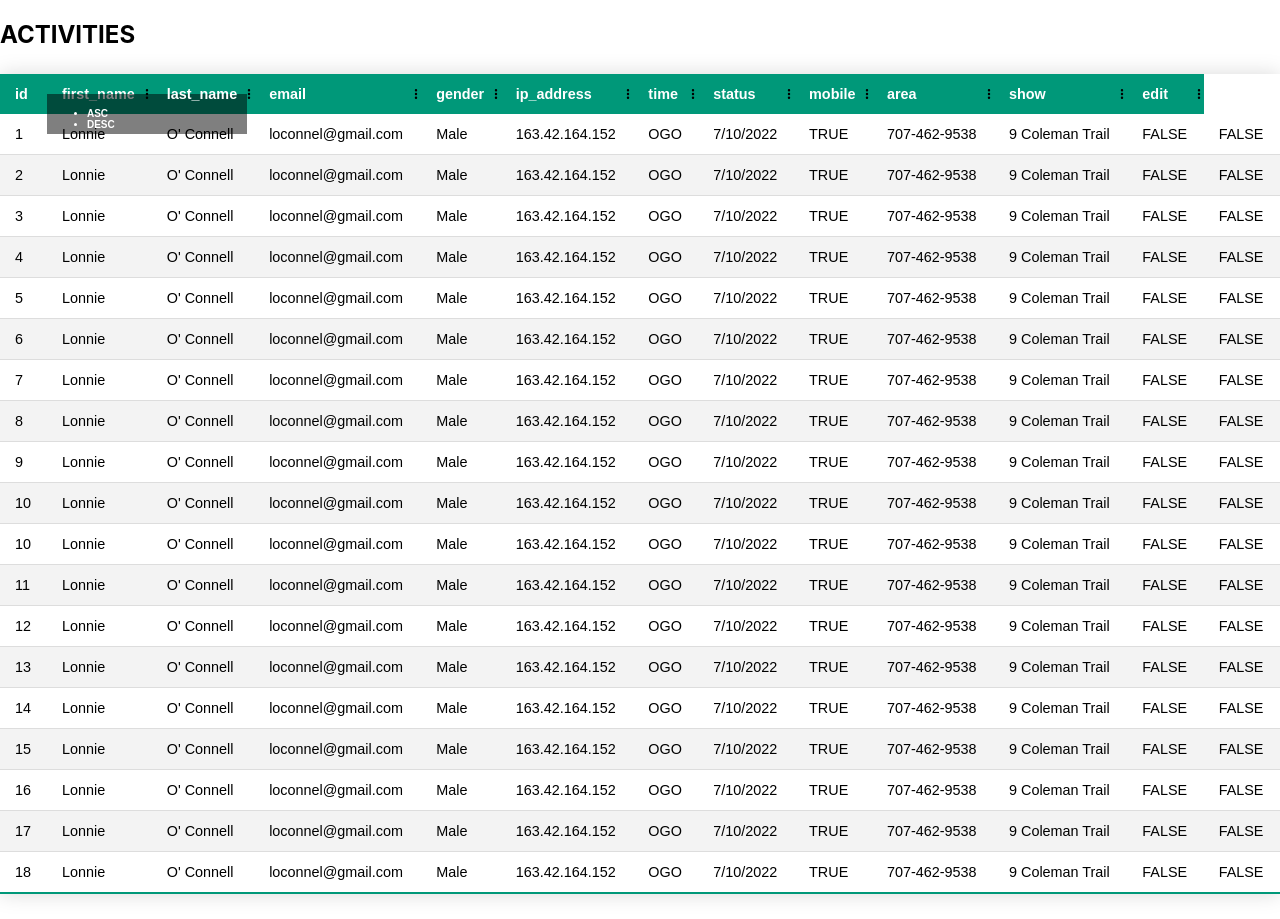
Repository: kartik077-cr7/Ckart
Page: /, after clicking the first element matching `img`
The author's editor kept a copy of each file at every save. The page is drawn from the files as they stood at one save, then again after the next save.
The browser window is 1280 px wide. The pictures show the whole page.
The project was rebuilt for these pictures with package versions that can differ from the ones it lists, and the page was loaded fresh each time.

Above is the page before, as saved 2022-12-10 18:13:15.

After the next save:
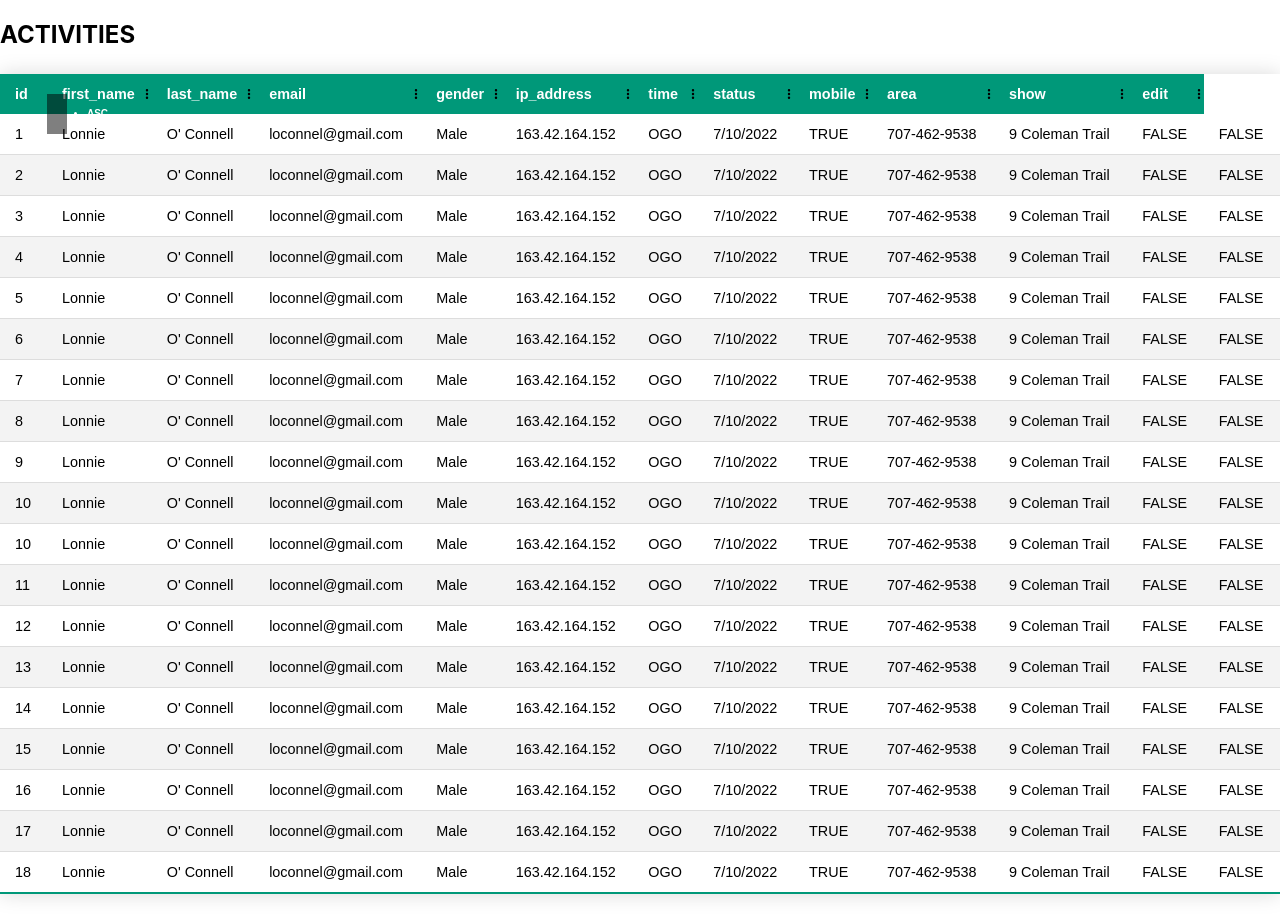
Saved 9 s later.
--- a/src/App.css
+++ b/src/App.css
@@ -48,7 +48,7 @@
 	bottom: 0;
 	background-color: rgba(0,0,0,0.5);
 	height: 40px;
-	width: 200px;
+	width: 20px;
 }
 
 .modal-body{
